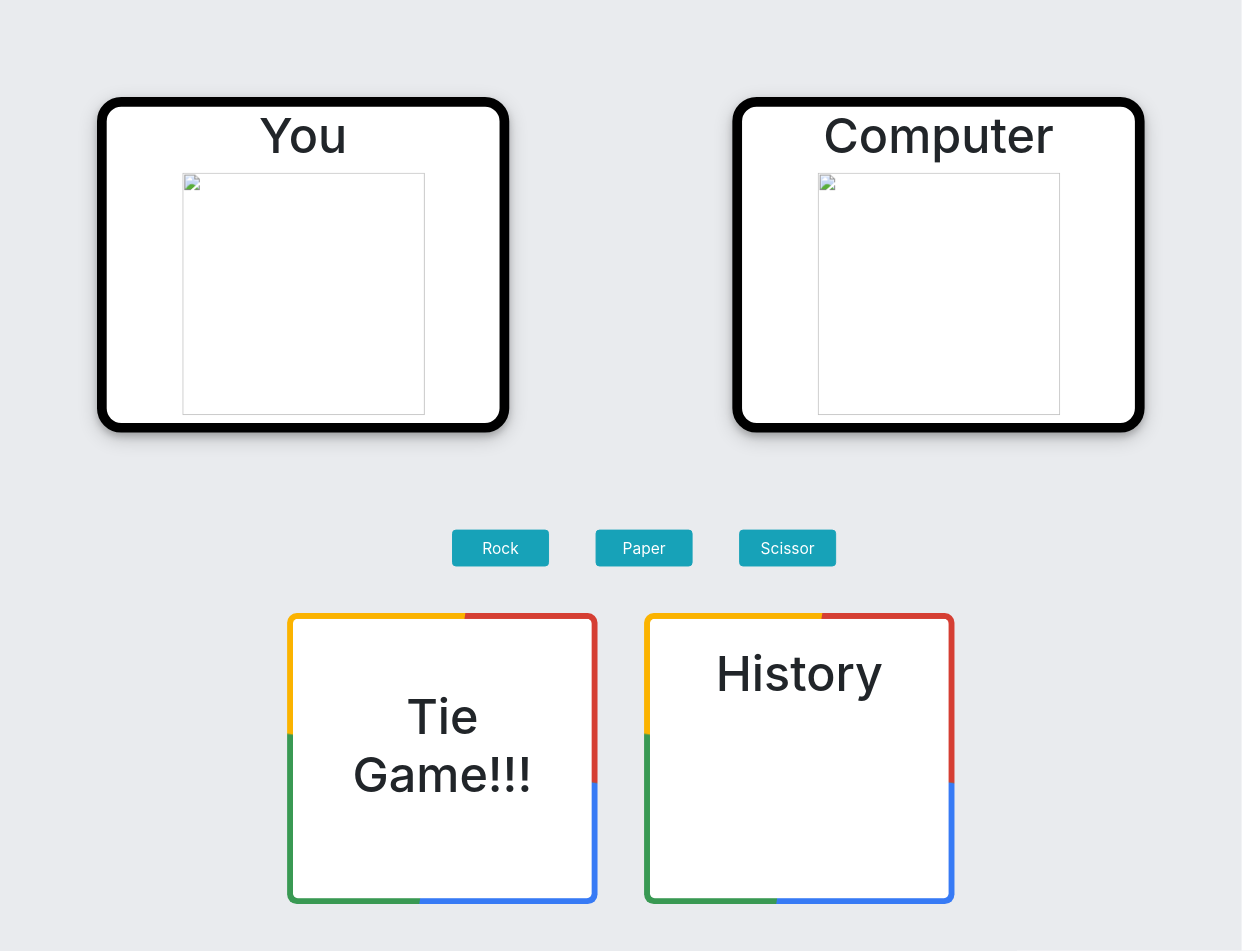
Repository: tts2610/React-Intro
Page: /, after clicking the first element matching `div.center`
An editor plug-in stored every save of this project. The page is shown before and after the next save, followed by the edit.
The browser window is 1280 px wide. The page is 1295 px wide, so the pictures cover 1295 px, including what lies to the right of the window. The pictures show the whole page, at 97% of full size.
Some web libraries are served in a nearby version. The project was rebuilt for these pictures with package versions that can differ from the ones it lists, and the page was loaded fresh each time.

Above is the page before, as saved 2020-05-27 00:19:57.

### public/index.html
<!DOCTYPE html>
<html lang="en">

<head>
    <meta charset="utf-8" />
    <link rel="icon" href="%PUBLIC_URL%/favicon.ico" />
    <meta name="viewport" content="width=device-width, initial-scale=1" />
    <meta name="theme-color" content="#000000" />
    <meta name="description" content="Web site created using create-react-app" />
    <link rel="apple-touch-icon" href="%PUBLIC_URL%/logo192.png" />
    <!--
      manifest.json provides metadata used when your web app is installed on a
      user's mobile device or desktop. See https://developers.google.com/web/fundamentals/web-app-manifest/
    -->
    <link rel="manifest" href="%PUBLIC_URL%/manifest.json" />
    <!--
      Notice the use of %PUBLIC_URL% in the tags above.
      It will be replaced with the URL of the `public` folder during the build.
      Only files inside the `public` folder can be referenced from the HTML.

      Unlike "/favicon.ico" or "favicon.ico", "%PUBLIC_URL%/favicon.ico" will
      work correctly both with client-side routing and a non-root public URL.
      Learn how to configure a non-root public URL by running `npm run build`.
    -->
    <title>React App</title>
    <link rel="stylesheet" href="https://maxcdn.bootstrapcdn.com/bootstrap/4.0.0/css/bootstrap.min.css" integrity="sha384-Gn5384xqQ1aoWXA+058RXPxPg6fy4IWvTNh0E263XmFcJlSAwiGgFAW/dAiS6JXm" crossorigin="anonymous">
    <link rel='stylesheet prefetch' href='https://maxcdn.bootstrapcdn.com/font-awesome/4.7.0/css/font-awesome.min.css'>

</head>

<body>
    <noscript>You need to enable JavaScript to run this app.</noscript>
    <div id="root"></div>
    <!--
      This HTML file is a template.
      If you open it directly in the browser, you will see an empty page.

      You can add webfonts, meta tags, or analytics to this file.
      The build step will place the bundled scripts into the <body> tag.

      To begin the development, run `npm start` or `yarn start`.
      To create a production bundle, use `npm run build` or `yarn build`.
    -->
    <script src="https://code.jquery.com/jquery-3.2.1.slim.min.js" integrity="sha384-KJ3o2DKtIkvYIK3UENzmM7KCkRr/rE9/Qpg6aAZGJwFDMVNA/GpGFF93hXpG5KkN" crossorigin="anonymous"></script>
    <script src="https://cdnjs.cloudflare.com/ajax/libs/popper.js/1.12.9/umd/popper.min.js" integrity="sha384-ApNbgh9B+Y1QKtv3Rn7W3mgPxhU9K/ScQsAP7hUibX39j7fakFPskvXusvfa0b4Q" crossorigin="anonymous"></script>
    <script src="https://maxcdn.bootstrapcdn.com/bootstrap/4.0.0/js/bootstrap.min.js" integrity="sha384-JZR6Spejh4U02d8jOt6vLEHfe/JQGiRRSQQxSfFWpi1MquVdAyjUar5+76PVCmYl" crossorigin="anonymous"></script>
</body>

</html>

### src/App.js
import React , {Component } from 'react';
import './App.css';
import ChoiceCard from './components/ChoiceCard';
import Button from './components/Button';
import Result from './components/Result';
import History from './components/History';


const choices = {
  rock:
    "https://opengameart.org/sites/default/files/forum-attachments/very%20simple%20rock_0.png",
  paper: "http://pngimagesfree.com/Paper/Thumb/blank-note-paper-free-clipa.png",
  scissor: "http://www.pngmart.com/files/1/Scissors-PNG-Pic.png"
};



export default class App extends Component{
    // const [choiceDic,setChoice] = useState({me:{winner:1,imgURL:choices.rock},computer:{winner:0,imgURL:choices.scissor}})
  constructor(props){
    super(props);
    this.state = {
      isActive:false,
      isPlayPressed:false,
      me:{winner:3,imgURL:""},
      computer:{winner:3,imgURL:""},
      history:[]
    }
  }

  randomProperty = function (obj) {
    let keys = Object.keys(obj);
    let randomNum = keys.length * Math.random() << 0;
    return [obj[keys[randomNum]],keys[randomNum]];
  };

  handleClick = (myChoice)=>{
    let random = this.randomProperty(choices)
    let computerChoice = random[1];
    let myWinnerState;
    let computerWinnerState;
    if ((myChoice==='rock' && computerChoice==='scissor')||(myChoice==='paper' && computerChoice==='rock')|| (myChoice==='scissor' && computerChoice==='paper')) {
        myWinnerState = 1;
        computerWinnerState = 0;
    }else if((computerChoice==='rock' && myChoice==='scissor')||(computerChoice==='paper' && myChoice==='rock')|| (computerChoice==='scissor' && myChoice==='paper')){
        computerWinnerState = 1;
        myWinnerState = 0;
    }
    else{
        computerWinnerState = 2;
        myWinnerState = 2;
    }
    this.setState({
      me: {winner:myWinnerState,imgURL:choices[myChoice]},
      computer:{winner:computerWinnerState,imgURL:random[0]},
      history:[...this.state.history,[myWinnerState,computerWinnerState]]
    },()=>{
      console.log(this.state.history)
    });

  }

  handleStartGame = () =>{
    this.setState({isActive:true});
  }

  render(){

    if(!this.state.isActive){
      // return(<div className="center">
      //     <button onClick={this.handleStartGame}>Press here to start!!!</button>
      // </div>)
      return (<div className="center" onClick={this.handleStartGame}>
      <button className="learn-more">
      <span className="circle" aria-hidden="true">
        <span className="icon arrow"></span>
      </span>
      <span className="button-text">Start Game</span>
    </button>
    </div>)
    }

    return (
      <div className="App">
        <div className="row">
          <div className="col-6">
              <ChoiceCard title="You" winner={this.state.me.winner} imgURL={this.state.me.imgURL} />
          </div>
          <div className="col-6">
              <ChoiceCard title="Computer" winner={this.state.computer.winner} imgURL={this.state.computer.imgURL}/>
          </div>
        </div>

        <div className="row rowOfButtons">
        <Button type="rock" handleClick={this.handleClick}/>
        <Button type="paper" handleClick={this.handleClick}/>
        <Button type="scissor" handleClick={this.handleClick}/>
        </div>
        <div className="row mx-auto resultContainer py-5">
          <div className="col-md-3 rainbow mr-5 resultInner">
          <Result result={[this.state.me.winner,this.state.computer.winner]}/>
          </div>
          <div className="col-md-3 rainbow">
            <History historyList={this.state.history}/>
          </div>

        </div>
      </div>
    );
  }

}

### src/App.css
.App {
    min-height: 100vh;
    text-align: center;
    background-color: #e9ebee;
}

.rowOfButtons {
    display: flex;
    justify-content: center;
}

.rowOfButtons button {
    width: 100px;
}

.choice-card {
    flex: 1;
    display: flex;
    margin: 100px;
    font-size: 3em;
    padding: 0 40px;
    font-weight: 300;
    text-align: center;
    border-radius: 25px;
    flex-direction: column;
    align-items: center;
    border: 1px solid black;
    background-color: white;
    justify-content: space-around;
    box-shadow: 0 4px 8px 0 rgba(0, 0, 0, 0.2), 0 6px 20px 0 rgba(0, 0, 0, 0.19);
}

img {
    width: 250px;
    height: 250px;
}

h1 {
    font-size: 50px;
}

.winner {
    color: green;
    border: 10px solid green;
}

.loser {
    color: red;
    border: 10px solid red;
}

.tie {
    border: 10px solid black;
}

.result {
    width: max-content;
    display: flex;
    justify-content: center;
}

@-webkit-keyframes rotate {
    100% {
        -webkit-transform: rotate(1turn);
        transform: rotate(1turn);
    }
}

@keyframes rotate {
    100% {
        -webkit-transform: rotate(1turn);
        transform: rotate(1turn);
    }
}

.rainbow {
    position: relative;
    z-index: 0;
    width: 400px;
    height: 300px;
    border-radius: 10px;
    overflow: hidden;
    padding: 2rem;
    padding-bottom: 50px;
}

.rainbow::before {
    content: '';
    position: absolute;
    z-index: -2;
    left: -50%;
    top: -50%;
    width: 200%;
    height: 200%;
    background-color: #399953;
    background-repeat: no-repeat;
    background-size: 50% 50%, 50% 50%;
    background-position: 0 0, 100% 0, 100% 100%, 0 100%;
    background-image: -webkit-gradient(linear, left top, left bottom, from(#399953), to(#399953)), -webkit-gradient(linear, left top, left bottom, from(#fbb300), to(#fbb300)), -webkit-gradient(linear, left top, left bottom, from(#d53e33), to(#d53e33)), -webkit-gradient(linear, left top, left bottom, from(#377af5), to(#377af5));
    background-image: linear-gradient(#399953, #399953), linear-gradient(#fbb300, #fbb300), linear-gradient(#d53e33, #d53e33), linear-gradient(#377af5, #377af5);
    -webkit-animation: rotate 4s linear infinite;
    animation: rotate 4s linear infinite;
}

.rainbow::after {
    content: '';
    position: absolute;
    z-index: -1;
    left: 6px;
    top: 6px;
    width: calc(100% - 12px);
    height: calc(100% - 12px);
    background: white;
    border-radius: 5px;
}

.resultInner {
    display: flex;
    align-items: center;
    justify-content: center;
}

.resultContainer {
    justify-content: center;
}

.center {
    display: flex;
    justify-content: center;
    align-items: center;
    height: 100vh;
    border: 3px solid green;
}


/* @import url("https://fonts.googleapis.com/css?family=Mukta:700");
* {
    box-sizing: border-box;
}

*::before,
*::after {
    box-sizing: border-box;
} */


/* body {
    font-family: 'Mukta', sans-serif;
    font-size: 1rem;
    line-height: 1.5;
    display: -webkit-box;
    display: flex;
    -webkit-box-align: center;
    align-items: center;
    -webkit-box-pack: center;
    justify-content: center;
    margin: 0;
    min-height: 100vh;
    background: #f3f8fa;
} */

button {
    position: relative;
    display: inline-block;
    cursor: pointer;
    outline: none;
    border: 0;
    vertical-align: middle;
    text-decoration: none;
    background: transparent;
    padding: 0;
    font-size: inherit;
    font-family: inherit;
}

button.learn-more {
    width: 12rem;
    height: auto;
}

button.learn-more .circle {
    -webkit-transition: all 0.45s cubic-bezier(0.65, 0, 0.076, 1);
    transition: all 0.45s cubic-bezier(0.65, 0, 0.076, 1);
    position: relative;
    display: block;
    margin: 0;
    width: 3rem;
    height: 3rem;
    background: #282936;
    border-radius: 1.625rem;
}

button.learn-more .circle .icon {
    -webkit-transition: all 0.45s cubic-bezier(0.65, 0, 0.076, 1);
    transition: all 0.45s cubic-bezier(0.65, 0, 0.076, 1);
    position: absolute;
    top: 0;
    bottom: 0;
    margin: auto;
    background: #fff;
}

button.learn-more .circle .icon.arrow {
    -webkit-transition: all 0.45s cubic-bezier(0.65, 0, 0.076, 1);
    transition: all 0.45s cubic-bezier(0.65, 0, 0.076, 1);
    left: 0.625rem;
    width: 1.125rem;
    height: 0.125rem;
    background: none;
}

button.learn-more .circle .icon.arrow::before {
    position: absolute;
    content: '';
    top: -0.25rem;
    right: 0.0625rem;
    width: 0.625rem;
    height: 0.625rem;
    border-top: 0.125rem solid #fff;
    border-right: 0.125rem solid #fff;
    -webkit-transform: rotate(45deg);
    transform: rotate(45deg);
}

button.learn-more .button-text {
    -webkit-transition: all 0.45s cubic-bezier(0.65, 0, 0.076, 1);
    transition: all 0.45s cubic-bezier(0.65, 0, 0.076, 1);
    position: absolute;
    top: 0;
    left: 0;
    right: 0;
    bottom: 0;
    padding: 0.75rem 0;
    margin: 0 0 0 1.85rem;
    color: #282936;
    font-weight: 700;
    line-height: 1.6;
    text-align: center;
    text-transform: uppercase;
}

button:hover .circle {
    width: 100%;
}

button:hover .circle .icon.arrow {
    background: #fff;
    -webkit-transform: translate(1rem, 0);
    transform: translate(1rem, 0);
}

button:hover .button-text {
    color: #fff;
}


/* @supports (display: grid) {
    body {
        display: grid;
        grid-template-columns: repeat(4, 1fr);
        grid-gap: 0.625rem;
        grid-template-areas: ". main main ." ". main main .";
    }
    #container {
        grid-area: main;
        align-self: center;
        justify-self: center;
    }
} */

### src/components/ChoiceCard.js
import React from 'react'

export default function ChoiceCard({title,winner,imgURL}) {

        if(winner===2){
            return (
                <div className={`choice-card tie`}>
                    <h1>{title}</h1>
                    <img src={imgURL} alt={imgURL}/>
                    <h1>Tie</h1>
                </div>
                );
        }else if(winner===3){
            return (
                <div className={`choice-card tie`}>
                    <h1>{title}</h1>
                    <img src={imgURL} alt={imgURL}/>
                    <h1></h1>
                </div>
                );
        }
        return (
        <div className={`choice-card ${winner ? 'winner' : 'loser'}`}>
            <h1>{title}</h1>
            <img src={imgURL} alt={imgURL}/>
            <h1>{winner ? 'Won' : 'Loss'}</h1>
        </div>
        );
}

### src/components/Button.js
import React from 'react'

export default function Button({handleClick,type}){
    return (
        <div>
            <button type="button" className="btn btn-info ml-5 text-capitalize" onClick={()=>handleClick(type)} >{type}</button>
        </div>
    );
}

### src/components/Result.js
import React from 'react'

export default function Result({result}){
    if(result[0]>result[1])
        return (<div className="resultInner">
                    <h1>You Won!!!</h1>
                </div>);
    else if(result[0]<result[1]){
        return (<div className="resultInner">
            <h1>You Lost!!!</h1>
        </div>);
    }else if (result[0]===result[1]){
        return (<div className="resultInner">
            <h1>Tie Game!!!</h1>
        </div>);
    }else{
        return (<div className="resultInner">

        </div>);
    }
}

### src/components/History.js
import React from 'react'

export default function History({historyList}){
    const historyItems=[];
    historyList.forEach((history,element) => {
        if(history[0]>history[1])
            historyItems.push(<div key={element}>
                <li>
                    Win
                </li>
                </div>);
        else if(history[0]<history[1])
            historyItems.push(<div key={element}>
                <li>
                    Lost
                </li>
                </div>)
        else{
            historyItems.push(
                <div key={element}>
                <li>
                    Tie
                </li>
                </div>
            );
        }
    });
    return (
        <div className="history-box">
            <h1>History</h1>
            <ul>
            {historyItems}
            </ul>
        </div>
    );
}

Loaded but not shown: src/index.js (common file); src/index.css (common file); src/serviceWorker.js (common file)

After the next save:
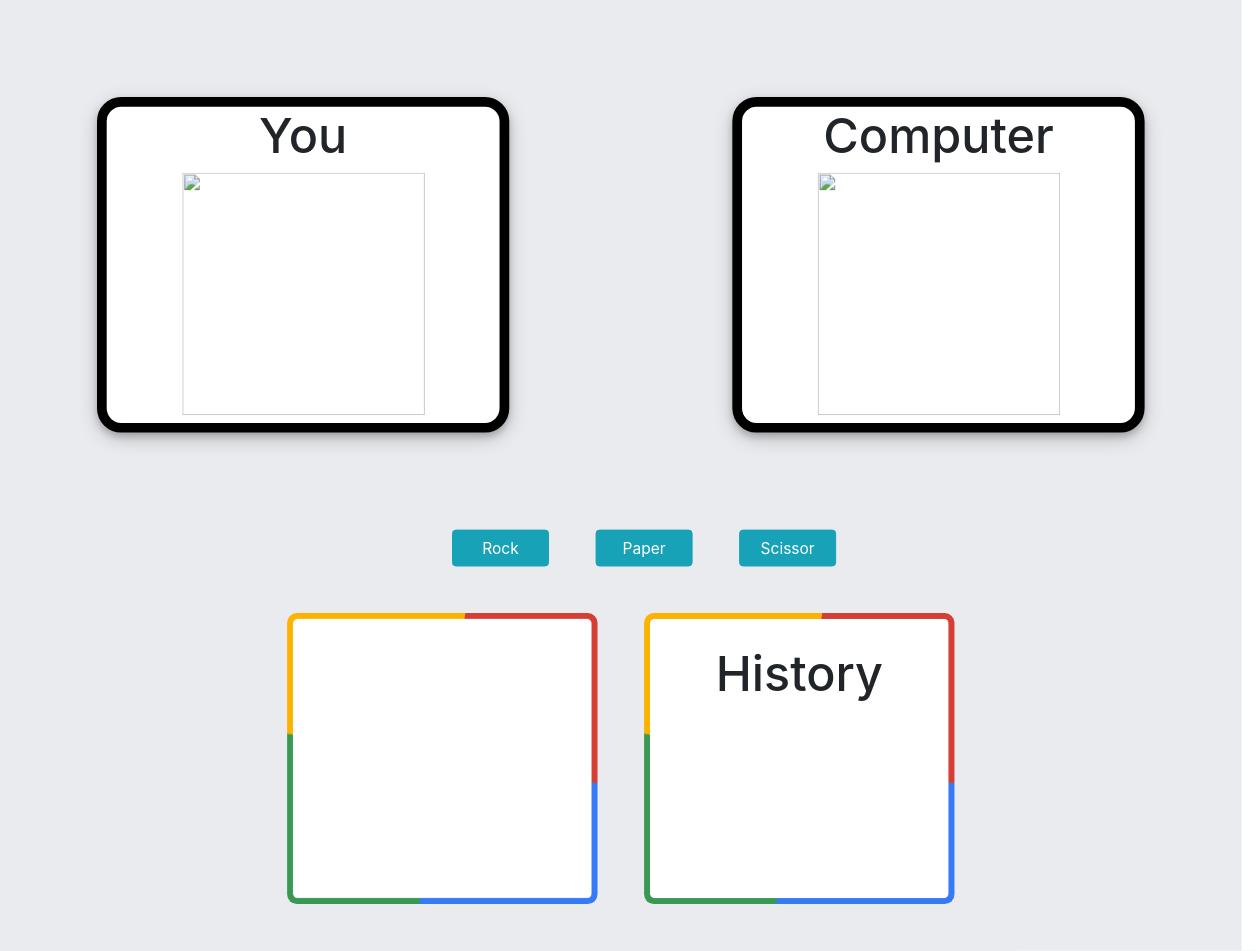
Saved 64 s later.
--- a/src/components/Result.js
+++ b/src/components/Result.js
@@ -1,7 +1,12 @@
 import React from 'react'
 
 export default function Result({result}){
-    if(result[0]>result[1])
+    if(result[0]==3&&result[1]==3){
+        return (<div className="resultInner">
+
+        </div>);
+    }else{
+        if(result[0]>result[1])
         return (<div className="resultInner">
                     <h1>You Won!!!</h1>
                 </div>);
@@ -9,13 +14,10 @@ export default function Result({result}){
         return (<div className="resultInner">
             <h1>You Lost!!!</h1>
         </div>);
-    }else if (result[0]===result[1]){
+    }else{
         return (<div className="resultInner">
             <h1>Tie Game!!!</h1>
         </div>);
-    }else{
-        return (<div className="resultInner">
-
-        </div>);
+    }
     }
 }
